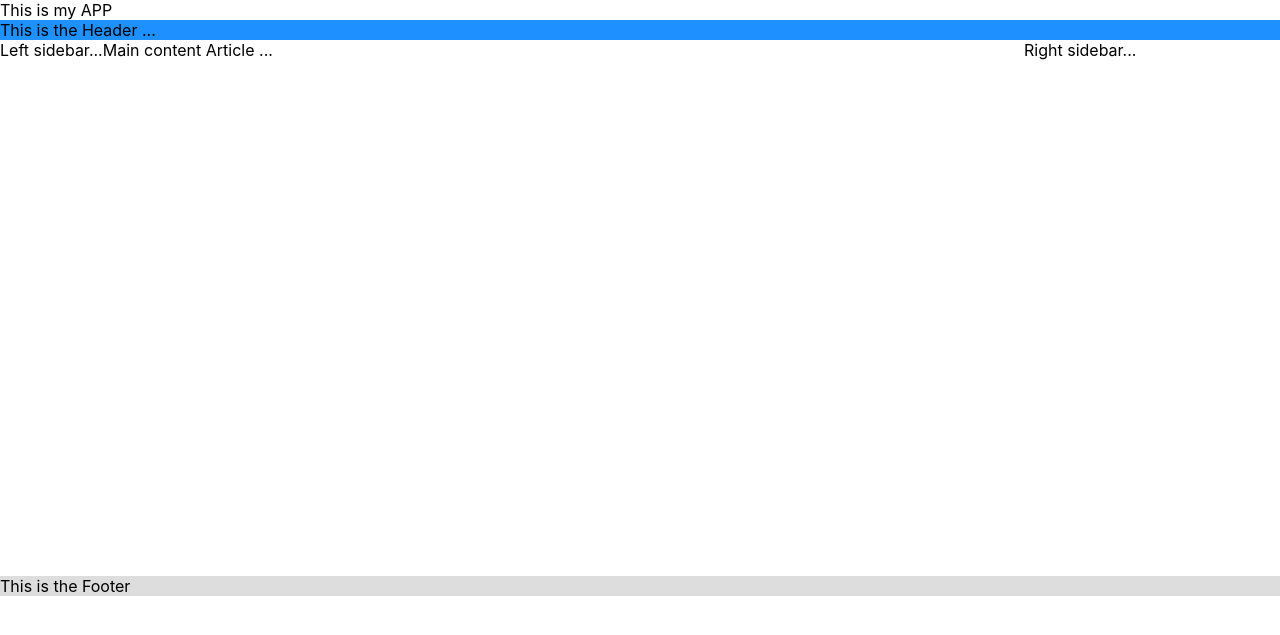
Repository: vnevescode/ui-components-react
Page: /
These files come from the project's save history. The page is drawn as it stood at one moment and after the next save; the edit follows.
The browser window is 1280 px wide. The pictures show the whole page.
The project was rebuilt for these pictures with package versions that can differ from the ones it lists, and the page was loaded fresh each time. Also part of the build but not shown: src/components/Cards/Cards.styles.css, src/components/Cards/Cards.jsx.

Above is the page before, as saved 2022-06-09 22:53:24.

### src/App.js
import React from 'react';
import Cards from './components/Cards/Cards';
import HolyGrailLayout from './components/HolyGrailLayout/HolyGrailLayout';

function App() {
  return (
    <div className="App">
      <div>This is my APP</div>
      <HolyGrailLayout/>
    </div>
  );
}

export default App;

### src/components/HolyGrailLayout/HolyGrailLayout.jsx
import React from 'react'
import './HolyGrailLayout.styles.css'

const HolyGrailLayout = () => {
  return (
    <>
        <div className="container">
            <header className='container__header'>
                {'This is the Header ... '}
            </header>
            <main className='container__main'>
                {/* Left sidebar */}
                <aside className='conteiner__left'>
                    {' Left sidebar...'}
                </aside>
                {/* Main content */}
                <article className='container__middle'>
                    {' Main content Article ...'}
                </article>

                {/* Right sidebar */}
                <nav className='container__right'>
                    {' Right sidebar...'}
                </nav>
            </main>
            <footer className='container__footer'>
                {'This is the Footer'}
            </footer>
        </div>
    </>
  )
}

export default HolyGrailLayout

### src/components/HolyGrailLayout/HolyGrailLayout.styles.css
.container{
    display: flex;
    flex-direction: column;
    height: 80vh;
    }
    .container__header{
        background-color: dodgerblue;
    }
    .container__main{
        /* Take the remaining height */
        flex-grow: 1;

        /*  Layout the left sidebar, main content and right sidebar */
        display: flex;
        flex-direction: row;
    }

    .container__left{
        width: 25%;
    }
    .container__middle{
        /* Take the remaining width */
        flex-grow: 1;
    }

    .container__right{
        width: 20%;
    }

    .container__footer{
        background-color: #ddd;
    }

Loaded but not shown: public/index.html (common file); src/index.js (common file); src/index.css (common file)

After the next save:
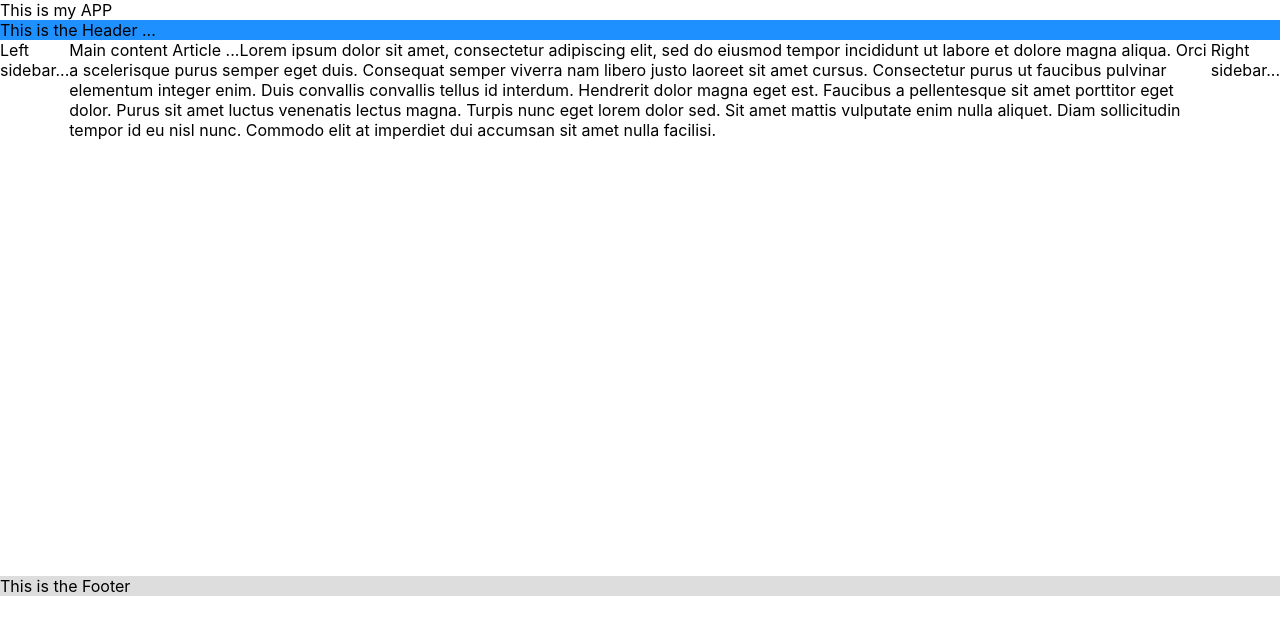
Saved 85 s later.
--- a/src/components/HolyGrailLayout/HolyGrailLayout.jsx
+++ b/src/components/HolyGrailLayout/HolyGrailLayout.jsx
@@ -16,6 +16,7 @@ const HolyGrailLayout = () => {
                 {/* Main content */}
                 <article className='container__middle'>
                     {' Main content Article ...'}
+                    {'Lorem ipsum dolor sit amet, consectetur adipiscing elit, sed do eiusmod tempor incididunt ut labore et dolore magna aliqua. Orci a scelerisque purus semper eget duis. Consequat semper viverra nam libero justo laoreet sit amet cursus. Consectetur purus ut faucibus pulvinar elementum integer enim. Duis convallis convallis tellus id interdum. Hendrerit dolor magna eget est. Faucibus a pellentesque sit amet porttitor eget dolor. Purus sit amet luctus venenatis lectus magna. Turpis nunc eget lorem dolor sed. Sit amet mattis vulputate enim nulla aliquet. Diam sollicitudin tempor id eu nisl nunc. Commodo elit at imperdiet dui accumsan sit amet nulla facilisi.'}
                 </article>
 
                 {/* Right sidebar */}
